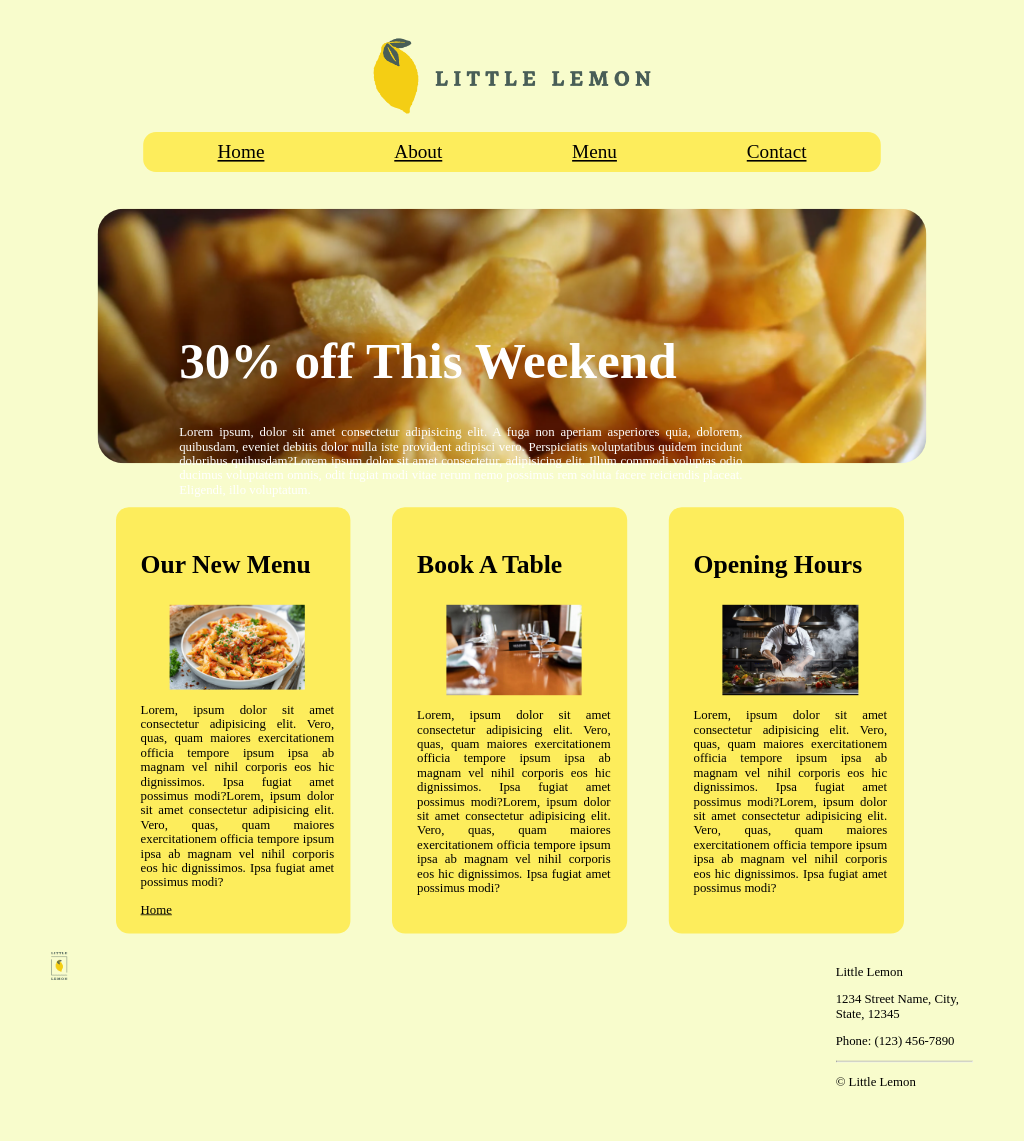
Repository: Yeshwanth-189/meta-html-css
Page: index.html
These files come from the project's save history. The page is drawn as it stood at one moment and after the next save; the edit follows.
The browser window is 1280 px wide. The pictures show the whole page, at 80% of full size.

Above is the page before, as saved 2025-04-22 00:32:43.

After the next save:
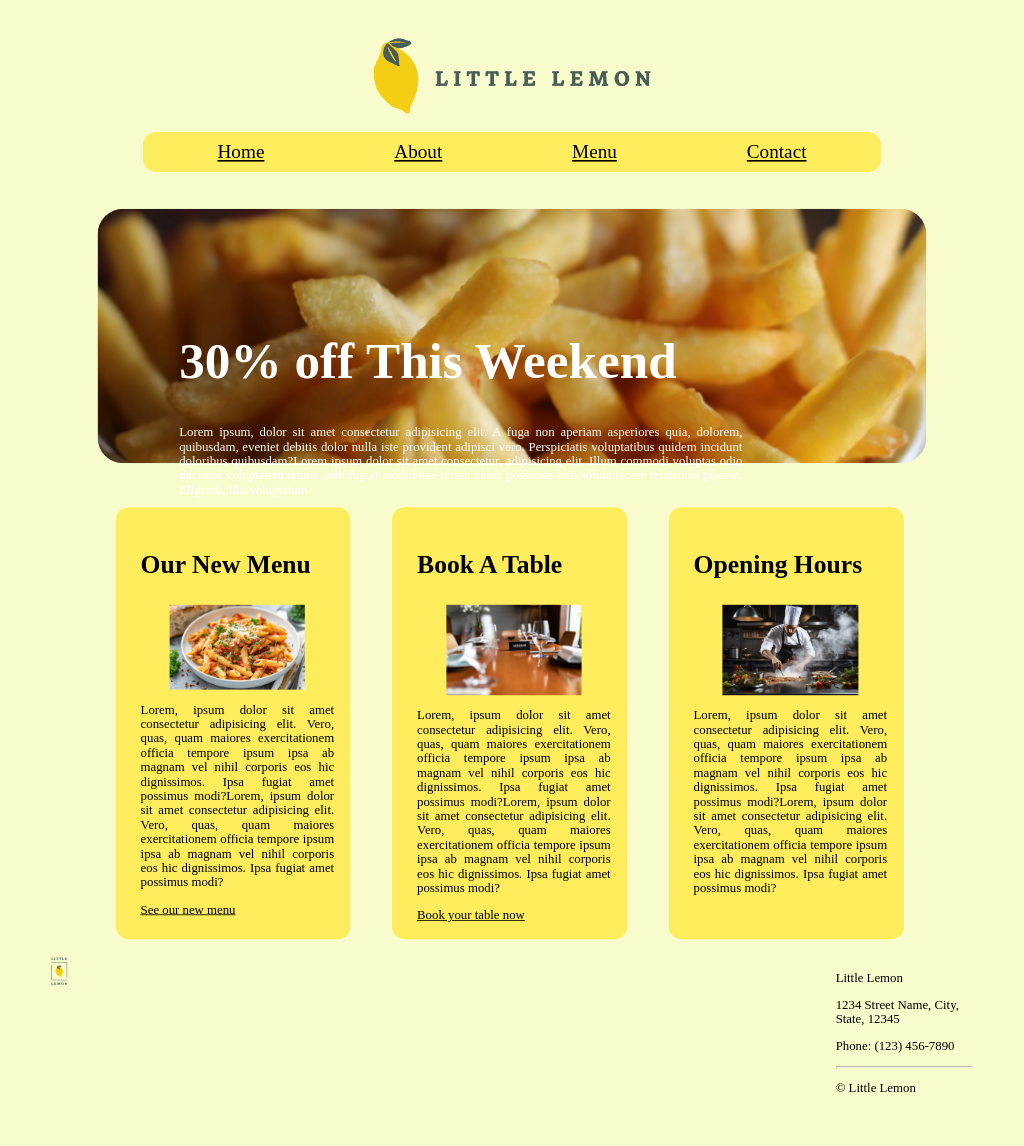
Saved 59 s later.
--- a/index.html
+++ b/index.html
@@ -31,12 +31,13 @@
                     <h1>Our New Menu</h1>
                     <img src="/Logos/Pasta.png" alt="Pasta Image" id="article-image">
                     <p>Lorem, ipsum dolor sit amet consectetur adipisicing elit. Vero, quas, quam maiores exercitationem officia tempore ipsum ipsa ab magnam vel nihil corporis eos hic dignissimos. Ipsa fugiat amet possimus modi?Lorem, ipsum dolor sit amet consectetur adipisicing elit. Vero, quas, quam maiores exercitationem officia tempore ipsum ipsa ab magnam vel nihil corporis eos hic dignissimos. Ipsa fugiat amet possimus modi?</p>
-                    <a href="home">Home</a>
+                    <a href="Menu">See our new menu</a>
                 </article>
                 <article>
                     <h1>Book A Table</h1>
                     <img src="/Logos/reserve.jpg" alt="Reserve Image" id="article-image">
                     <p>Lorem, ipsum dolor sit amet consectetur adipisicing elit. Vero, quas, quam maiores exercitationem officia tempore ipsum ipsa ab magnam vel nihil corporis eos hic dignissimos. Ipsa fugiat amet possimus modi?Lorem, ipsum dolor sit amet consectetur adipisicing elit. Vero, quas, quam maiores exercitationem officia tempore ipsum ipsa ab magnam vel nihil corporis eos hic dignissimos. Ipsa fugiat amet possimus modi?</p>
+                    <a href="Book">Book your table now</a>
                 </article>
                 <article>
                     <h1>Opening Hours</h1>
